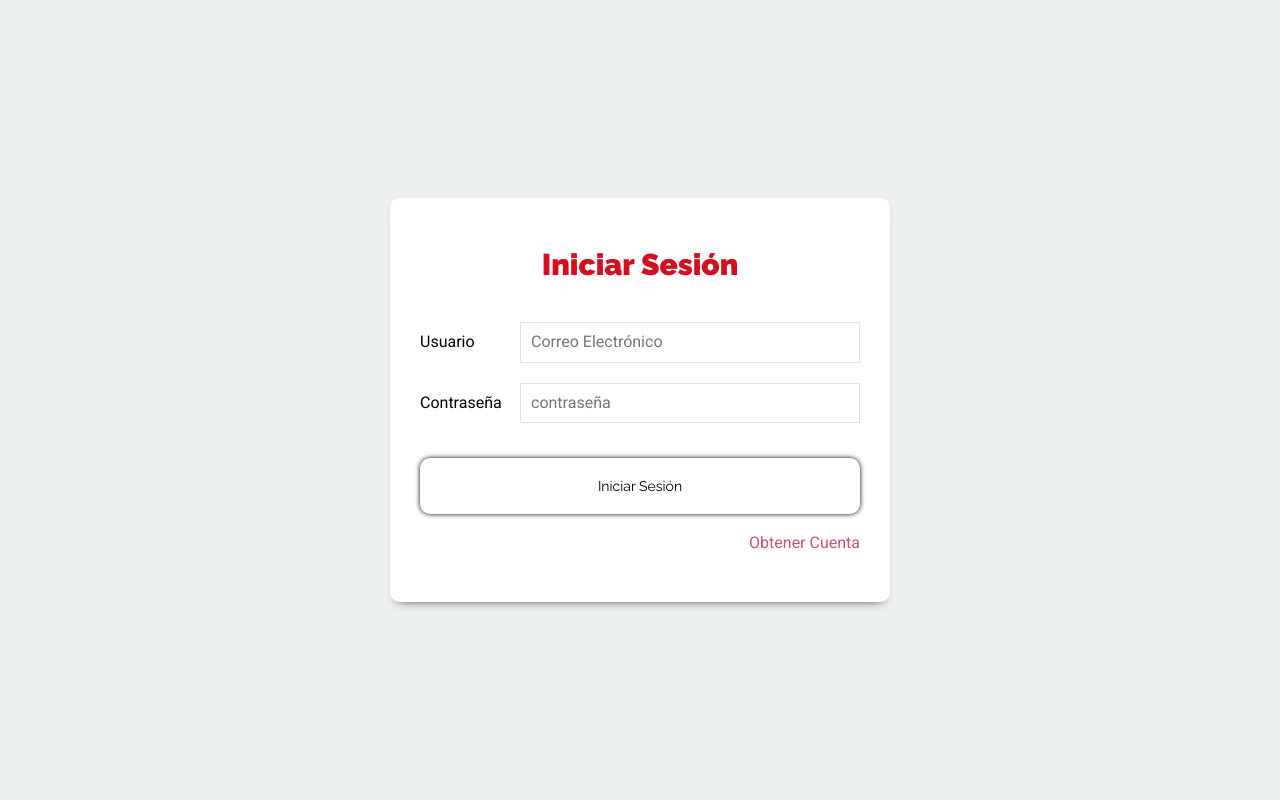
Repository: andrescovarrubias/admin-proyectos
Page: / (app in cliente/)
These files come from the project's save history. The page is drawn as it stood at one moment and after the next save; the edit follows.
The browser window is 1280 px wide. The pictures show the whole page.
The project was rebuilt for these pictures with package versions that can differ from the ones it lists, and the page was loaded fresh each time. Also part of the build but not shown: cliente/src/components/auth/NuevaCuenta.jsx, cliente/src/components/proyectos/NuevoProyecto.jsx, cliente/src/components/layout/SideBar.jsx, cliente/src/components/proyectos/Proyectos.jsx.

Above is the page before, as saved 2020-10-31 17:46:49.

### cliente/src/index.css
:root {
  --blanco: #ffffff;
  --blanco2: #fcf7ff;
  --blanco3: #ecf0f1;
  --azul1: #258ea6;
  --morado1: #4d376d;
  --morado2: #861657;
  --azul2: #1b065e;
  --azul3: #2e4052;
  --rojo: #d60d1e;
  --rojo2: #b8082c;
  --rojo3: #b91a2f;
  --headingFont: "Raleway", sans-serif;
  --textFont: "Roboto", sans-serif;
}
*,
*:before,
*:after {
  box-sizing: inherit;
}
html {
  box-sizing: border-box;
  height: 100%;
  font-size: 62.5%;
}
body {
  min-height: 100%;
  background-color: #ecf0f1;
  font-size: 16px;
  font-size: 1.6rem;
  font-family: var(--textFont);
}

h1,
h2 {
  font-family: var(--headingFont);
  font-weight: 900;
  margin: 0 0 4rem 0;
  text-align: center;
  color: var(--rojo);
}
h1 span {
  font-weight: 400;
}
h1 {
  font-size: 3rem;
}
h2 {
  font-size: 2.4rem;
}
ul {
  list-style: none;
  padding: 0;
  margin: 0;
}
a {
  text-decoration: none;
  color: var(--gris2);
}

/** BOTONES **/
.btn {
  margin-top: 2vh;
  font-family: var(--headingFont);
  padding: 20px;
  font-size: 14px;
  /* font-weight: bold; */
  border-radius: 10px;
  border: none;
  box-shadow: 0 0 5px 0px black;
  transition: background-color 0.3s ease;
}
.btn:hover {
  cursor: pointer;
}
.btn-primario {
  background-color: var(--blanco);
  color: black;
}
.btn-primario:hover {
  background: rgb(46, 46, 46);
  color: var(--blanco);
}
.btn-secundario {
  background-color: var(--rojo2);
}
.btn-block {
  display: block;
  width: 100%;
}
.btn-submit:hover {
  background-color: #b91a2f;
}
.btn-blank {
  margin: 0;
  padding: 0;
  display: block;
  background-color: transparent;
}

@media (min-width: 768px) {
  .contenedor-app {
    display: flex;
    min-height: 100vh;
  }

  aside {
    background-color: var(--blanco);
    flex: 0 0 300px;
  }
  .seccion-principal {
    flex: 1;
  }
}

/* BARRA LATERAL */
aside {
  padding: 3rem;
}

.formulario-nuevo-proyecto {
  margin-top: 6rem;
}
.formulario-nuevo-proyecto .input-text {
  border-bottom: 1px solid var(--gris2);
  border-radius: 0;
  background-color: var(--gris1);
}
.formulario-nuevo-proyecto .input-text::placeholder {
  color: var(--gris2);
}
.proyectos {
  margin-top: 5vh;
}
.listado-proyectos li {
  margin-bottom: 2rem;
}
.listado-proyectos li a {
  font-size: 1.4rem;
  color: var(--gris2);
  line-height: 1.5;
  font-weight: 300;
}
.app-header {
  display: flex;
  justify-content: space-between;
  background-color: var(--gris2);
  padding: 4rem;
}
.nombre-usuario {
  color: var(--blanco);
  font-size: 2.2rem;
  margin: 0;
}
.nombre-usuario span {
  font-weight: 900;
}
.nav-principal a {
  color: var(--blanco);
  text-decoration: none;
}
.nav-principal a:first-of-type {
  margin-right: 2rem;
}

/** Formulario crear y editar tareas **/
.formulario {
  background-color: var(--gris3);
  padding: 4rem;
}
.formulario form {
  max-width: 600px;
  margin: 0 auto;
}
.contenedor-input {
  display: flex;
}
.contenedor-input label {
  margin-bottom: 1rem;
  color: var(--blanco);
}
.input-text {
  padding: 1rem;
  border: none;
  border-radius: 0.5rem;
  flex: 1;
  width: 100%;
}

/** TAREAS LISTADO **/
.contenedor-tareas {
  padding: 4rem;
}

.listado-tareas {
  max-width: 600px;
  margin: 0 auto;
}

.tarea {
  display: flex;
  justify-content: space-between;
  background-color: var(--blanco);
  padding: 0.5rem 2rem;
  align-items: center;
  margin-bottom: 1rem;
  border-radius: 0.5rem;
}
.sombra {
  -webkit-box-shadow: 0px 4px 10px -3px rgba(117, 117, 117, 1);
  -moz-box-shadow: 0px 4px 10px -3px rgba(117, 117, 117, 1);
  box-shadow: 0px 4px 10px -3px rgba(117, 117, 117, 1);
}
.sombra-dark {
  -webkit-box-shadow: 0px 6px 11px -8px rgba(0, 0, 0, 0.9);
  -moz-box-shadow: 0px 6px 11px -8px rgba(0, 0, 0, 0.9);
  box-shadow: 0px 6px 11px -8px rgba(0, 0, 0, 0.9);
}
.tarea .acciones .btn:first-of-type {
  margin-right: 1rem;
}
.tarea p {
  font-size: 1.6rem;
  flex: 1;
  padding-right: 2rem;
}
.tarea .btn {
  padding: 0.8rem;
  font-size: 1.4rem;
  border-radius: 0;
  margin: 0;
}

.estado {
  margin-right: 1rem;
}
.estado button,
.mensaje {
  font-weight: 900;
  font-family: var(--textFont);
  font-size: 1rem;
  padding: 0.5rem;
  border-radius: 0.5rem;
  cursor: pointer;
  border: none;
}
.mensaje {
  text-align: center;
  font-size: 1.6rem;
  border-radius: 0;
}
.mensaje:hover {
  cursor: default;
}
.completo,
.correcto {
  background-color: rgba(154, 252, 154, 0.3);
  color: var(--gris3);
}
.incompleto {
  background-color: rgba(255, 178, 178, 0.4);
  color: var(--gris3);
}
.error {
  max-width: 600px;
  margin: 2rem auto 0 auto;
  background-color: rgb(170, 0, 0);
  color: var(--blanco);
}

.tarea-enter,
.proyecto-enter {
  opacity: 0;
}
.tarea-enter-active,
.proyecto-enter-active {
  opacity: 1;
  transition: opacity 200ms;
}
.tarea-exit,
.proyecto-exit {
  opacity: 1;
}
.tarea-exit-active,
.proyecto-exit-active {
  opacity: 0;
  transition: opacity 200ms;
}

.form-usuario {
  height: 100vh;
  min-height: 800px;
  display: flex;
  align-items: center;
  justify-content: center;
}

.contenedor-form {
  padding: 5rem 3rem;
  max-width: 500px;
  width: 95%;
  background-color: var(--blanco);
  border-radius: 1rem;
}
.contenedor-form h1 {
  color: var(--rojo);
}

.campo-form {
  display: flex;
  margin-bottom: 2rem;
  align-items: center;
}
.campo-form:last-of-type {
  margin: 0;
}
.campo-form label {
  flex: 0 0 100px;
  font-family: var(--textFont);
}
.campo-form input[type="password"],
.campo-form input[type="email"],
.campo-form input[type="text"] {
  border: 1px solid #e1e1e1;
  padding: 1rem;
  flex: 1;
}

.enlace-cuenta {
  margin-top: 2rem;
  display: block;
  opacity: 0.7;
  float: right;
  color: var(--rojo2);
}
.enlace-cuenta:hover {
  text-decoration: underline var(--rojo);
}

.alerta {
  position: fixed;
  top: 0;
  left: 0;
  padding: 1rem 3rem;
  border-radius: 1rem;
  font-family: var(--headingFont);
  font-weight: 600;
  text-transform: uppercase;
  font-size: 2.2rem;
  text-align: center;
  width: 100%;
}
@media (min-width: 768px) {
  .alerta {
    width: auto;
    top: 30px;
    right: 10px;
    left: auto;
  }
}

.alerta-ok {
  background-color: rgb(109, 211, 109);
  color: rgb(2, 103, 2);
}
.alerta-error {
  background-color: rgb(230, 78, 78);
  color: var(--blanco);
}

### cliente/src/App.js
import React, {Fragment, useState, useEffect, useContext} from 'react';
import Login from './components/auth/Login';
import NuevaCuenta from './components/auth/NuevaCuenta';
import Proyectos from './components/proyectos/Proyectos';

import {BrowserRouter as Router, Switch, Route} from 'react-router-dom';


function App() {
  return (
    <Router>
      <Switch>
        <Route exact path='/' component = {Login} />
        <Route exact path='/nueva-cuenta' component = {NuevaCuenta} />
        <Route exact path='/proyectos' component = {Proyectos} />
      </Switch>
    </Router>
  );
}

export default App;

### cliente/src/components/auth/Login.jsx
import React, { useState } from 'react';
import {Link} from 'react-router-dom';


const Login = () => {

     // state para iniciar sesion
     const [usuario, guardarUsuario] = useState ({
          email:'',
          password:''
     });

     // extraer el usuario
     const {email, password} = usuario;

     const onChange = e => {
          guardarUsuario({
               ...usuario,
               [e.target.name] : e.target.value
          })
     }


     // cuando el usuario quiere iniciar sesion
     const onSubmit = e => {
          e.preventDefault();

          // validar que no haya campos vacios

          // contraseña minimo de 6 caracteres

          // contraseña iguales

          // pasarlo al action

     }

     return (
          <div className="form-usuario">
               <div className="contenedor-form sombra-dark">
                    <h1>Iniciar Sesión</h1>
                    <form
                         onSubmit = {onSubmit}
                    >
                         <div className="campo-form">
                              <label htmlFor="email">Usuario</label>
                              <input
                                   type="email"
                                   id="email"
                                   name="email"
                                   placeholder="Correo Electrónico"
                                   autocomplete="off"
                                   required
                                   value={email}
                                   onChange={onChange}
                              />
                         </div>
                         <div className="campo-form">
                              <label htmlFor="password">Contraseña</label>
                              <input
                                   type="password"
                                   id="password"
                                   name="password"
                                   placeholder="contraseña"
                                   autocomplete="off"
                                   value={password}
                                   required
                                   onChange={onChange}
                              />
                         </div>

                         <div className="campo-form">
                              <input type="submit" className=" btn btn-primario btn-block" value="Iniciar Sesión"/>
                         </div>
                    </form>
                    <Link to={'/nueva-cuenta'} className="enlace-cuenta">
                         Obtener Cuenta
                    </Link>
               </div>
          </div>
      );
}

export default Login;

Loaded but not shown: cliente/public/index.html (common file); cliente/src/index.js (common file); cliente/src/reportWebVitals.js (common file)

After the next save:
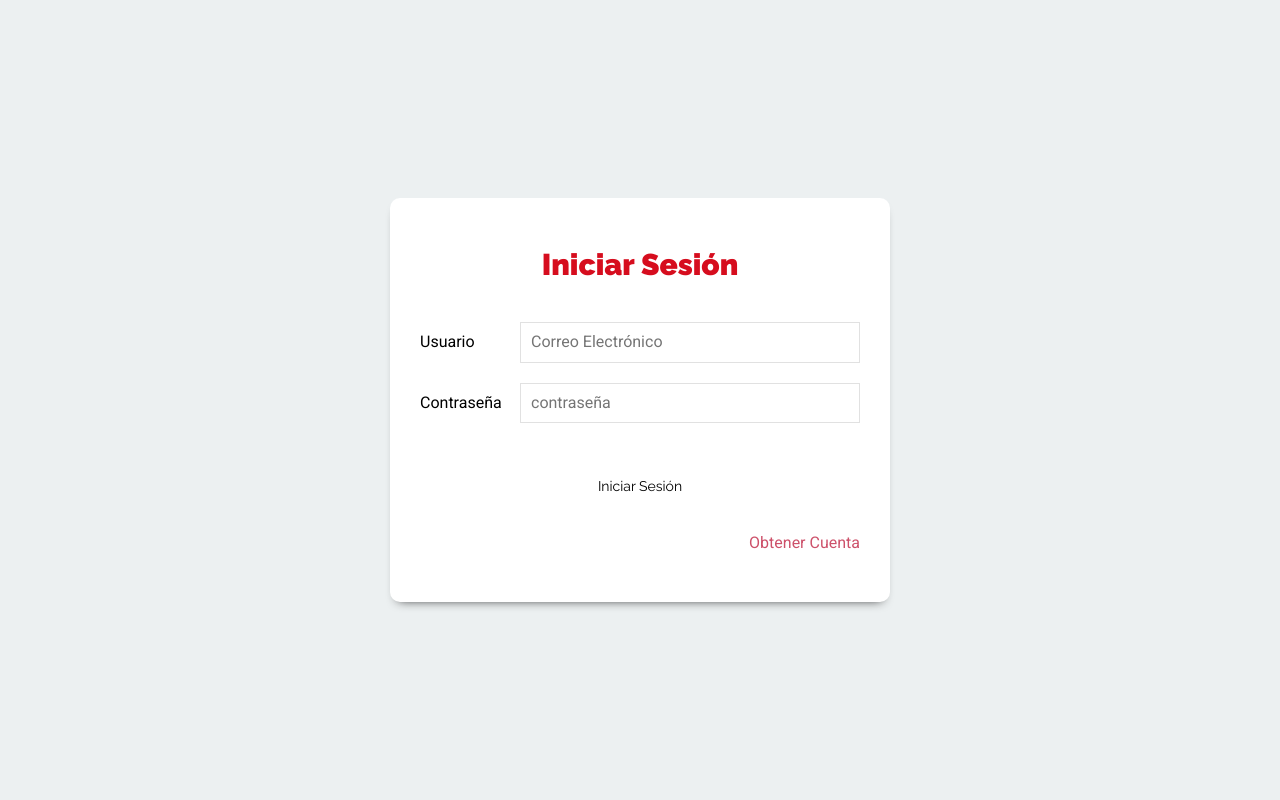
Saved 31 s later.
--- a/cliente/src/index.css
+++ b/cliente/src/index.css
@@ -67,7 +67,7 @@ a {
   /* font-weight: bold; */
   border-radius: 10px;
   border: none;
-  box-shadow: 0 0 5px 0px black;
+  box-shadow: 0 2 5px 0px black;
   transition: background-color 0.3s ease;
 }
 .btn:hover {
